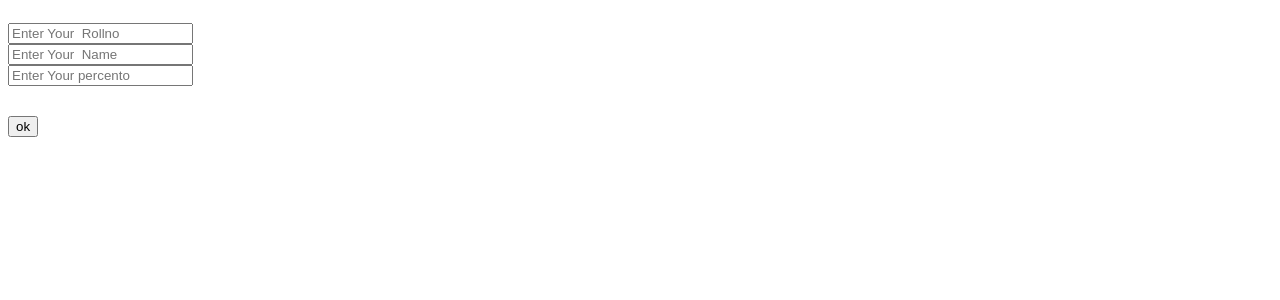
Repository: yogesh8rajput/web_hibernate
Page: http://localhost/Testing/
An editor plug-in stored every save of this project. The page is shown before and after the next save, followed by the edit.
The browser window is 1280 px wide. The pictures show the whole page.
The page is served by Tomcat 10. Other server files are loaded and not shown.

Above is the page before, as saved 2024-11-11 11:17:50.

### Testing/src/main/webapp/index.jsp
<html>
<body>
<form action="Serv" method="get">
<pre>

<input type="text" name="id" placeholder="Enter Your  Rollno">
<input type="text" name="name" placeholder="Enter Your  Name">
<input type="text" name="percent" placeholder="Enter Your percento">


<input type="submit" value="ok">

<a href="delete.jsp">
</pre>
</form>

</body>
</html>

After the next save:
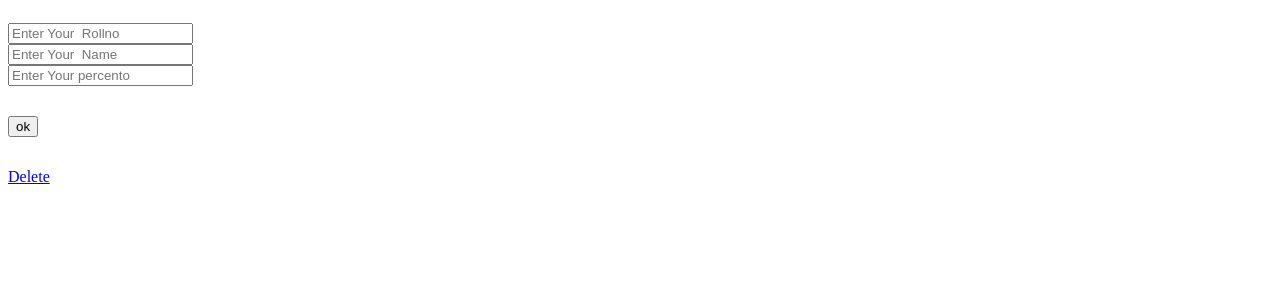
Saved 19 s later.
--- a/Testing/src/main/webapp/index.jsp
+++ b/Testing/src/main/webapp/index.jsp
@@ -10,9 +10,8 @@
 
 <input type="submit" value="ok">
 
-<a href="delete.jsp">
 </pre>
 </form>
-
+<a href="delete.jsp">Delete</a>
 </body>
 </html>
